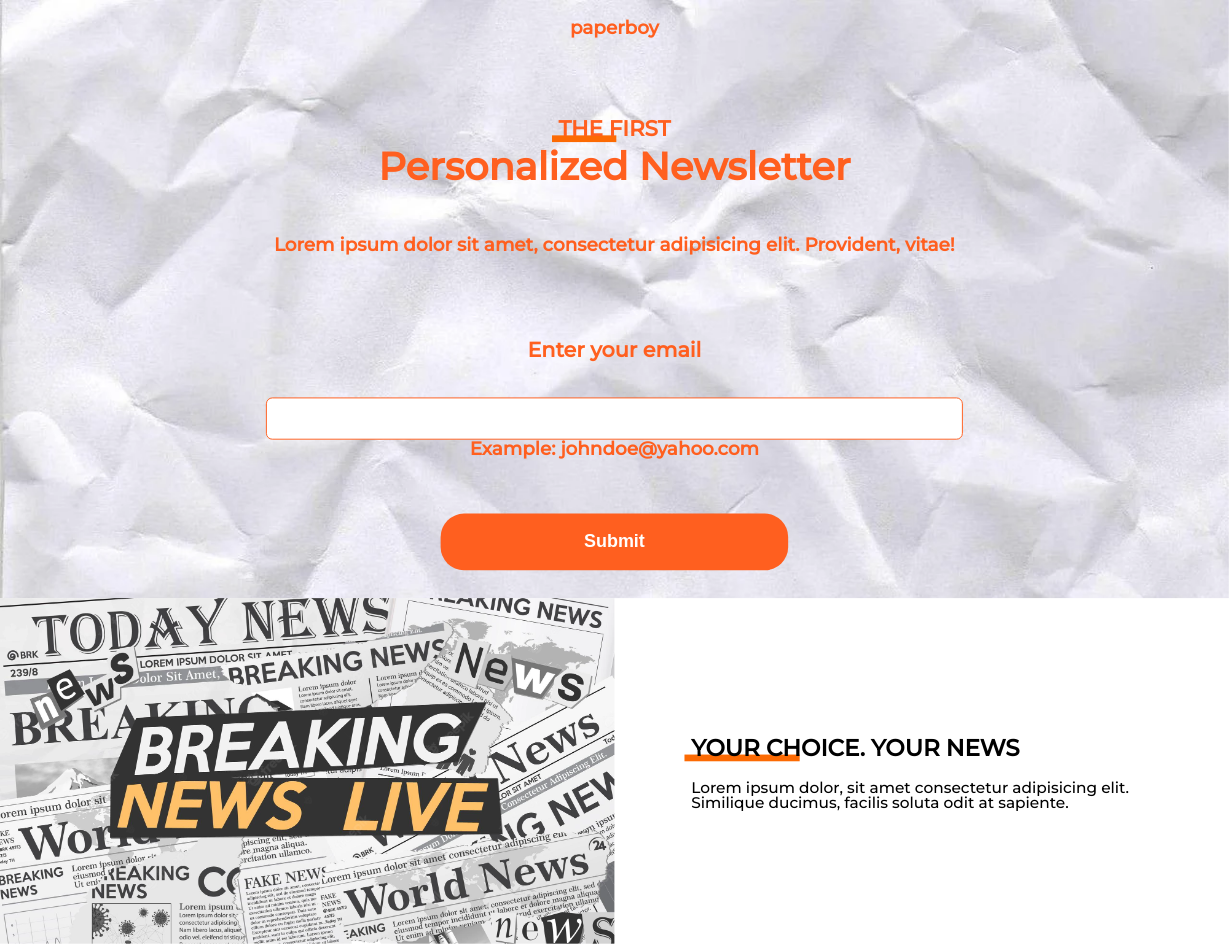
Repository: Gionnn/proiecte
Page: index.html
These files come from the project's save history. The page is drawn as it stood at one moment and after the next save; the edit follows.
The browser window is 1280 px wide. The pictures show the whole page, at 96% of full size.

Above is the page before, as saved 2022-11-28 14:50:49.

### index.html
<!DOCTYPE html>
<html lang="en">
  <head>
    <meta charset="UTF-8" />
    <meta name="viewport" content="width=device-width, initial-scale=1.0" />
    <meta http-equiv="X-UA-Compatible" content="ie=edge" />
    <link rel="stylesheet" href="css/main.css" />
    <title>Paperboy</title>
  </head>

  <body>
    <div class="hero-bg">
      <section class="top">
        <header>
          <a href="index.html">paperboy</a>
        </header>

        <h1><span>The first </span>Personalized Newsletter</h1>
        <p>
          Lorem ipsum dolor sit amet, consectetur adipisicing elit. Provident,
          vitae!
        </p>
        <div class="form-container">
          <form action="">
            <div class="form-left">
              <label for="email">Enter your email</label>
              <input type="text" name="email" id="email" />
              <p>Example: johndoe@yahoo.com</p>
            </div>
            <input type="button" value="Submit" />
          </form>
        </div>
      </section>
    </div>

    <section class="bottom">
      <div class="right-col">
        <h2>Your choice. Your news</h2>
        <p>
          Lorem ipsum dolor, sit amet consectetur adipisicing elit. Similique
          ducimus, facilis soluta odit at sapiente.
        </p>
      </div>
      <img src="images/paper.jpeg" alt="Breaking News" />
    </section>
  </body>
</html>

### css/main.css
@import url("https://fonts.googleapis.com/css2?family=Montserrat:wght@500&display=swap");

body {
  font-family: "Montserrat", sans-serif;
  margin: 0;
}

.hero-bg {
  background: url("../images/background.jpeg");
  color: #ff5f1f;
  text-align: center;
}

header {
  padding-top: 1em;
}
.hero-bg a {
  color: #ff5f1f;
  text-decoration: none;
  font-weight: bold;
  font-size: 1.2rem;
}

section {
  margin: 0 1em;
}

h1 {
  font-size: 2.5rem;
  margin: 2em 0 1.2em;
}

h1 span {
  text-transform: uppercase;
  display: block;
  font-size: 1.4rem;
  position: relative;
  z-index: 1;
}
h1 span::before {
  content: " ";
  position: absolute;
  width: 3em;
  background: #fc6a03;
  height: 0.3em;
  bottom: 0;
  z-index: -1;
  margin-left: -0.3em;
}
.hero-bg p {
  font-weight: bold;
  margin: 0 1em 3em;
  font-size: 1.2rem;
}
.form-container {
  margin: 2em -1em 0;
  padding: 2em;
}
label {
  color: #ff5f1f;
  font-weight: bold;
  display: block;
  margin-bottom: 1em;
  font-size: 1.5em;
}
input[type="text"] {
  border: 1px solid #ff5f1f;
  width: 60%;
  padding: 1em;
  box-sizing: border-box;
  border-radius: 0.5em;
  margin-top: 1.2em;
}
.form-container {
  color: #ff5f1f;
  margin-bottom: 1.5em;
  font-weight: normal;
  font-size: 0.9em;
  margin-top: 0.3em;
}
input[type="button"] {
  background-color: #ff5f1f;
  border: none;
  width: 30%;
  color: white;
  font-weight: bold;
  padding: 1em 0;
  border-radius: 1.3em;
  font-size: 1.3em;
  cursor: pointer;
}

input[type="button"]:hover {
  background-color: #c47508;
}

.bottom {
  margin: 0;
}

.right-col {
  text-align: center;
  margin: 3em 1em;
}

h2 {
  text-transform: uppercase;
  position: relative;
}

h2::before {
  content: " ";
  position: absolute;
  width: 5em;
  background: #fc6a03;
  height: 0.3em;
  bottom: 0;
  z-index: -1;
  margin-left: -0.3em;
}

img {
  width: 100%;
}

p {
  line-height: 1em;
}

@media (min-width: 730px) {
  section {
    margin: 0 4em;
  }
  .form-container {
    margin: 2em -4em 0;
  }
}

@media (min-width: 930px) {
  .bottom {
    display: grid;
    grid-template-columns: repeat(2, 50%);
    grid-template-areas: "paper content";
  }
  .right-col {
    grid-area: content;
    padding: 0 10%;
    text-align: left;
    align-self: center;
  }
  img {
    grid-area: paper;
  }
}

.top {
  animation: fadeIn 2s forwards;
}

@keyframes fadeIn {
  from {
    opacity: 0;
    transform: translateY(-2em);
  }
  to {
    opacity: 1;
    transform: translateY(0);
  }
}

After the next save:
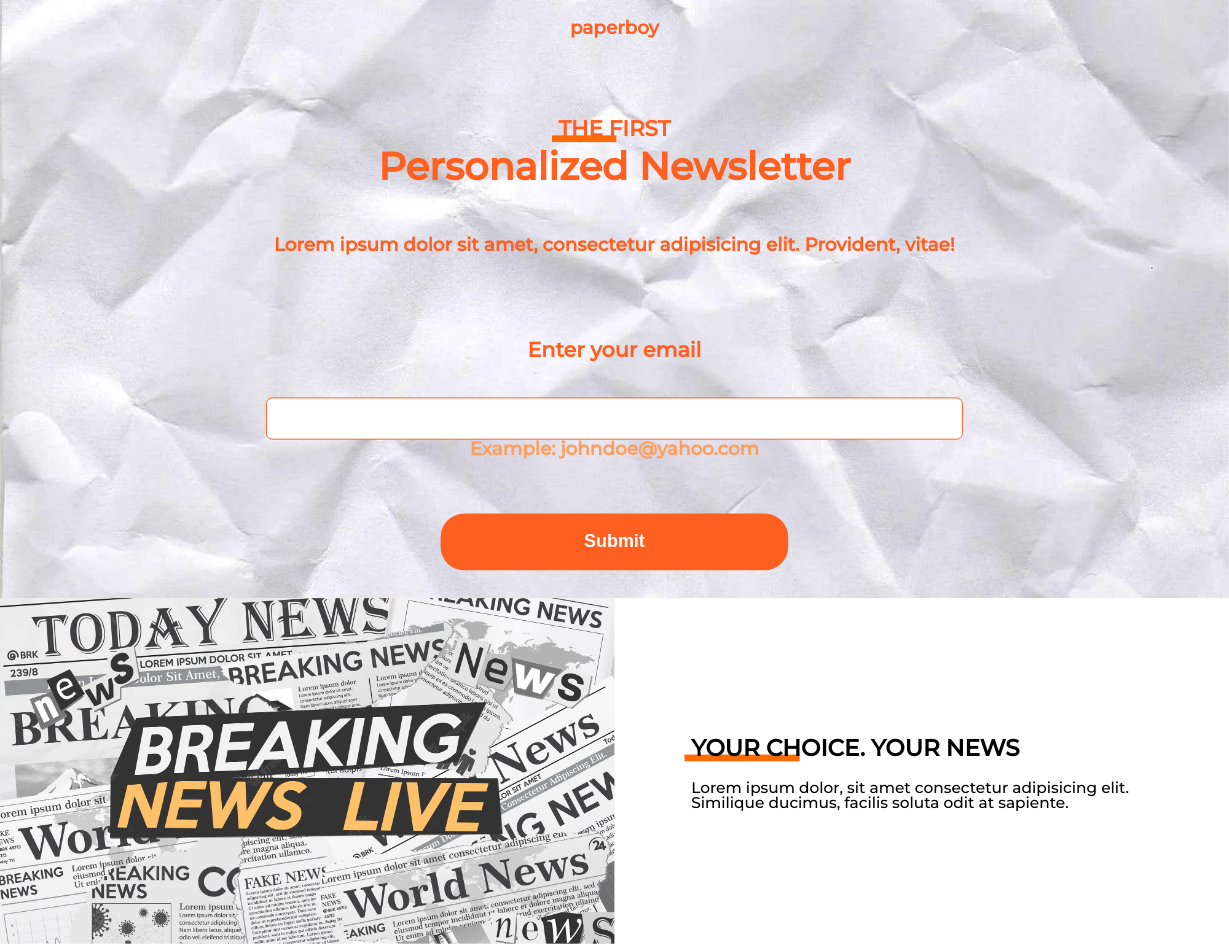
Saved 11 s later.
--- a/css/main.css
+++ b/css/main.css
@@ -72,7 +72,7 @@ input[type="text"] {
   margin-top: 1.2em;
 }
 .form-container {
-  color: #ff5f1f;
+  color: #ff9d5c;
   margin-bottom: 1.5em;
   font-weight: normal;
   font-size: 0.9em;
